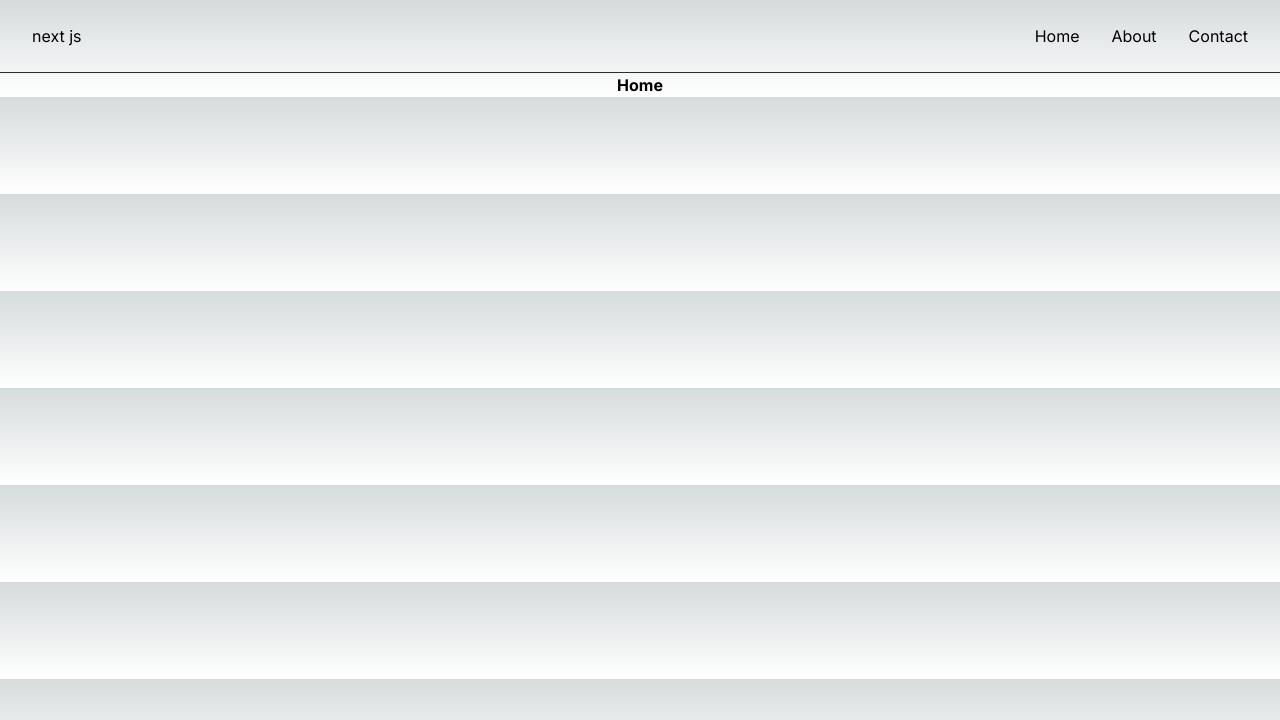
Repository: VilokMasuti/Nextjs-practice
Page: /
These files come from the project's save history. The page is drawn as it stood at one moment and after the next save; the edit follows.
The browser window is 1280 px wide. The pictures show the whole page.
The project was rebuilt for these pictures with package versions that can differ from the ones it lists, and the page was loaded fresh each time. The framework's server and built-in components were replaced by stand-ins that run in the browser. Also part of the build but not shown: next.config.mjs.

Above is the page before, as saved 2024-03-02 12:23:39.

### app/layout.tsx
import type { Metadata } from "next";
import { Inter } from "next/font/google";
import "./globals.css";

import Navbar from "../components/Navbar";

const inter = Inter({ subsets: ["latin"] });

export const metadata: Metadata = {
  title: "Create Next App",
  description: "Generated by create next app",
};

export default function RootLayout({
  children,
}: Readonly<{
  children: React.ReactNode;
}>) {
  return (
    <html lang="en">
      <body className={inter.className}>
        <Navbar />
        {children}
      </body>
    </html>
  );
}

### app/page.tsx
export default function Home() {
  return (
    <h1 className=" flex items-center justify-center text-black font-bold">
      Home
    </h1>
  );
}

### components/Navbar.tsx
import Link from "next/link";
import styles from "./navbar.module.css";

const Navbar = () => {
  return (
    <header>
      <nav className={styles.nav}>
        <p> next js</p>
        <ul className={styles.links}>
          <Link href="/">
            <li> Home </li>
          </Link>
          <Link href="/about">
            <li> About</li>
          </Link>
          <Link href="/contact">
            <li> Contact</li>
          </Link>
        </ul>
      </nav>
    </header>
  );
};

export default Navbar;

### components/navbar.module.css
.nav {
  width: 100%;
  padding: 1.5rem 2rem;
  display: flex;
  align-items: center;
  justify-content: space-between;
  flex-wrap: wrap;
  border-bottom: 1px solid #2c2c2c;
}
.links {
  flex: 1;
  list-style: none;
  display: flex;
  justify-content: end;
  align-items: center;
  gap: 2rem;
}
.links li {
  white-space: nowrap;
  cursor: pointer;
}
.links li:hover,
.links li:active {
  color: #0099ff;
}

Loaded but not shown: app/globals.css (common file); tailwind.config.ts (common file)

After the next save:
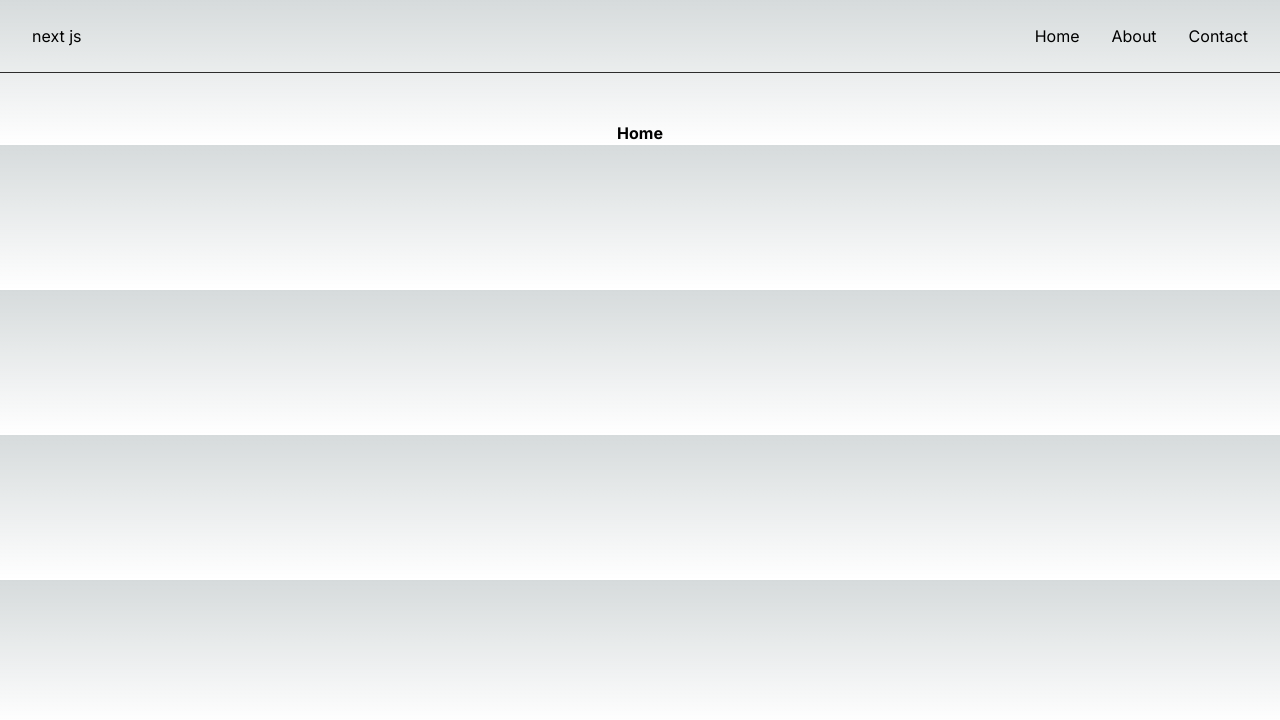
Saved 2 min 35 s later.
--- a/app/page.tsx
+++ b/app/page.tsx
@@ -1,6 +1,6 @@
 export default function Home() {
   return (
-    <h1 className=" flex items-center justify-center text-black font-bold">
+    <h1 className=" flex items-center  mt-12 justify-center text-black font-bold">
       Home
     </h1>
   );
